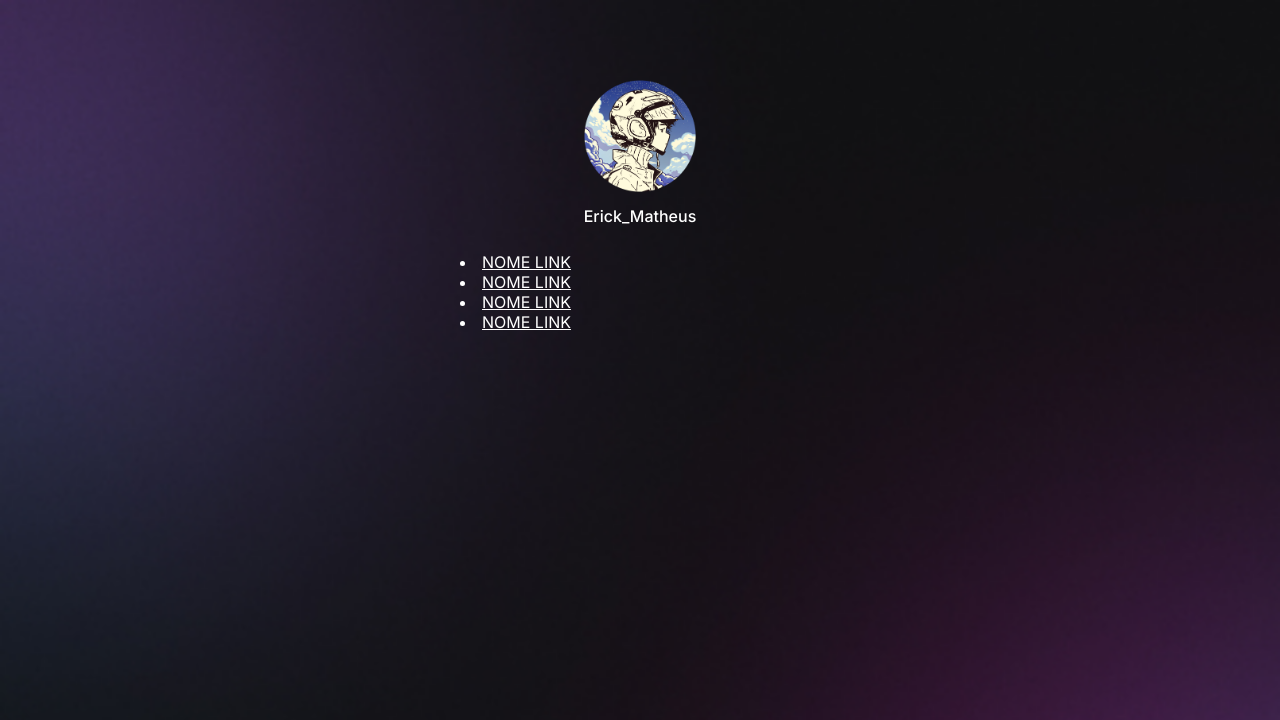
Repository: e-rickmatheus/project_dev_links
Page: index.html
The author's editor kept a copy of each file at every save. The page is drawn from the files as they stood at one save, then again after a run of saves.
The browser window is 1280 px wide. The pictures show the whole page.

Above is the page before, as saved 2025-04-02 18:14:12.

After the next 2 saves:
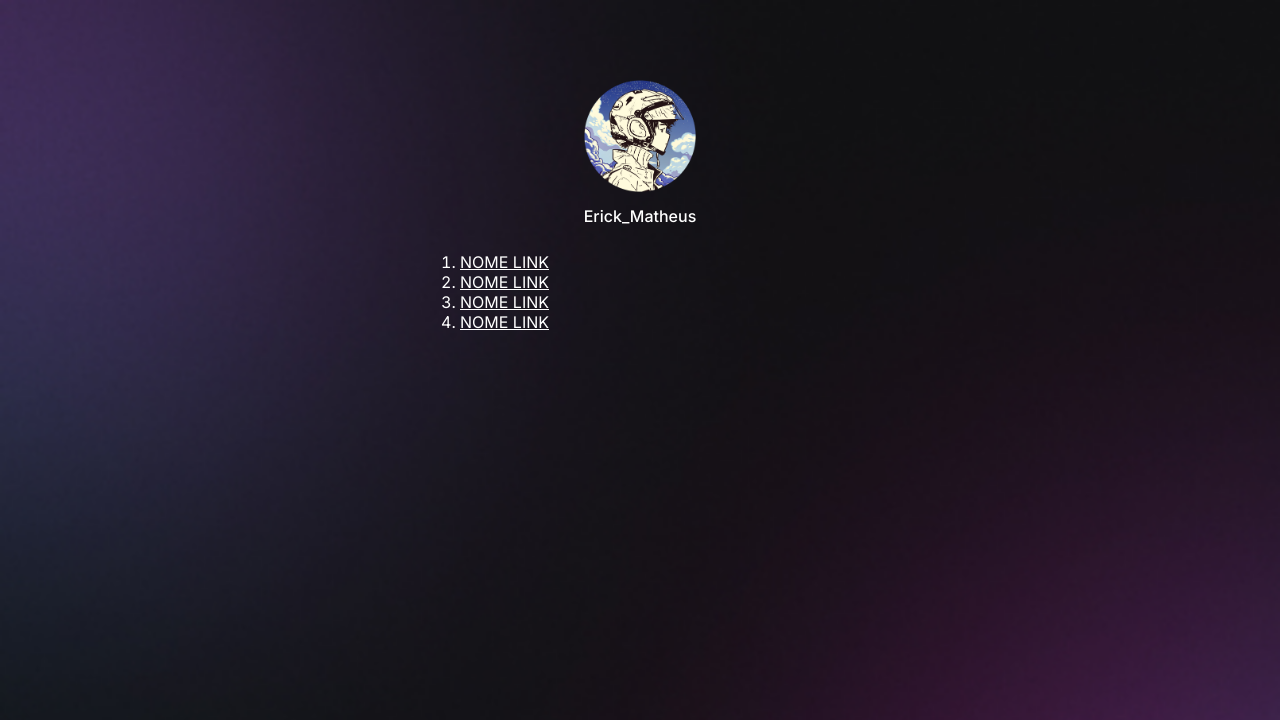
The 2 saves are shown as one change because they came seconds apart.
The last was saved 9 s later.
--- a/index.html
+++ b/index.html
@@ -18,7 +18,7 @@
       <img id="avatar" src="./assets/avatar-pilot-day.png" alt="avatar-light">
       <p>Erick_Matheus</p>
     </div>
-  <uo>
+  <ol>
     <li>
       <a href="#" target="_blank">NOME LINK</a>
     </li>
